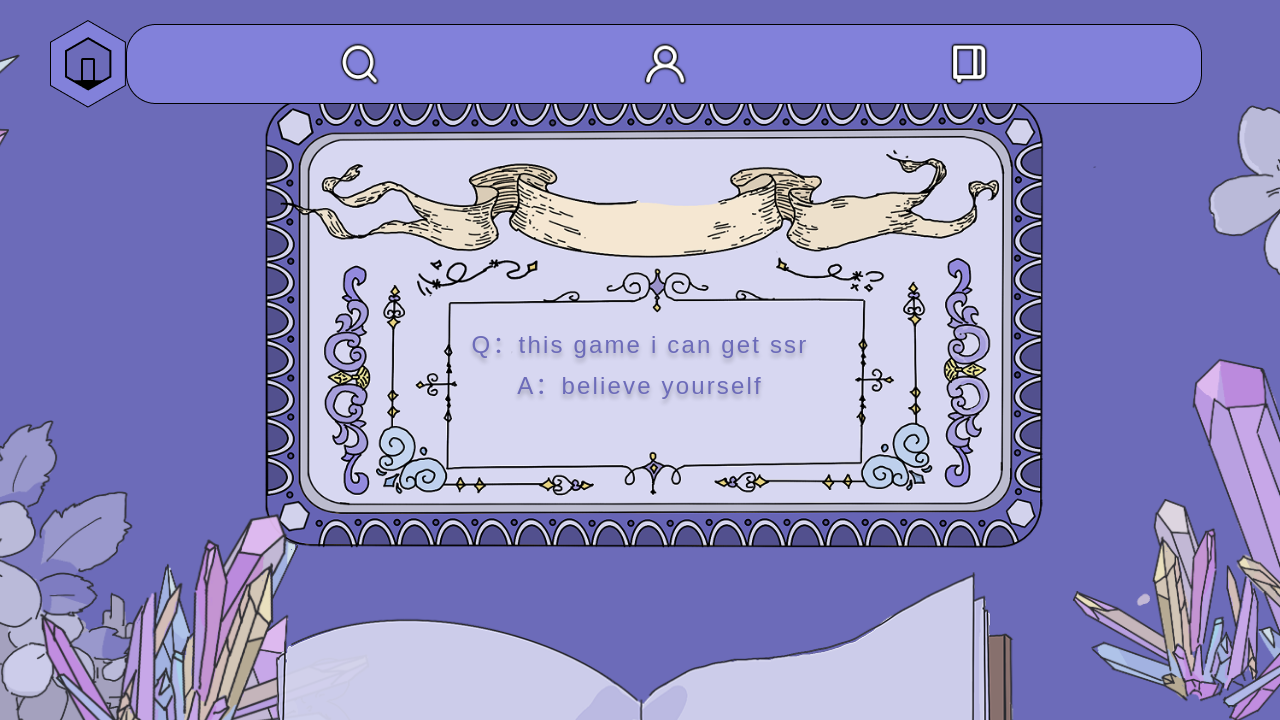
Repository: carolmmc/BabelLibrary
Page: shelf.html
The author's editor kept a copy of each file at every save. The page is drawn from the files as they stood at one save, then again after the next save.
The browser window is 1280 px wide. The pictures show the window.
A layer covers the whole window, so only the first screen is drawn.

Above is the page before, as saved 2025-05-07 21:46:57.

After the next save:
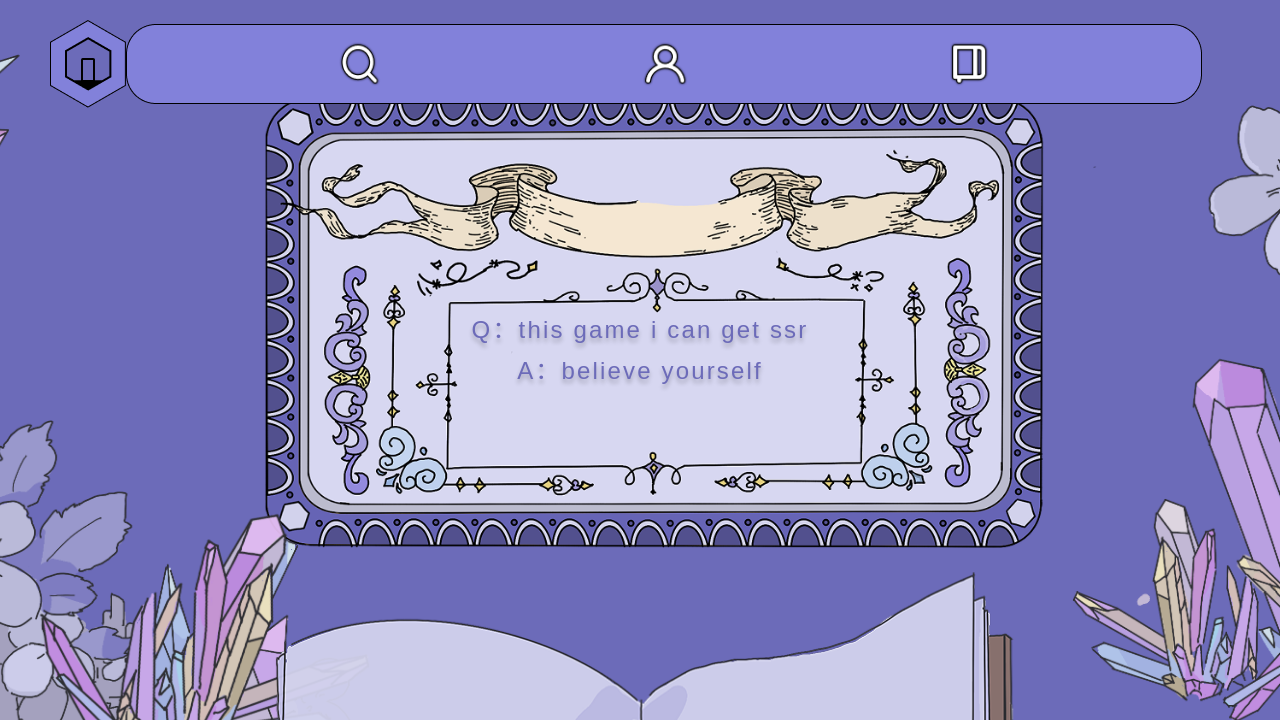
Saved 73 s later.
--- a/shelf.html
+++ b/shelf.html
@@ -179,7 +179,7 @@
         .text-output-container {
             position: absolute;
             left: 50%;
-            top: 45%;  /* 调整到中下部分 */
+            top: 43%;  /* 调整到中下部分 */
             transform: translateX(-50%);
             z-index: 5;
             text-align: center;
